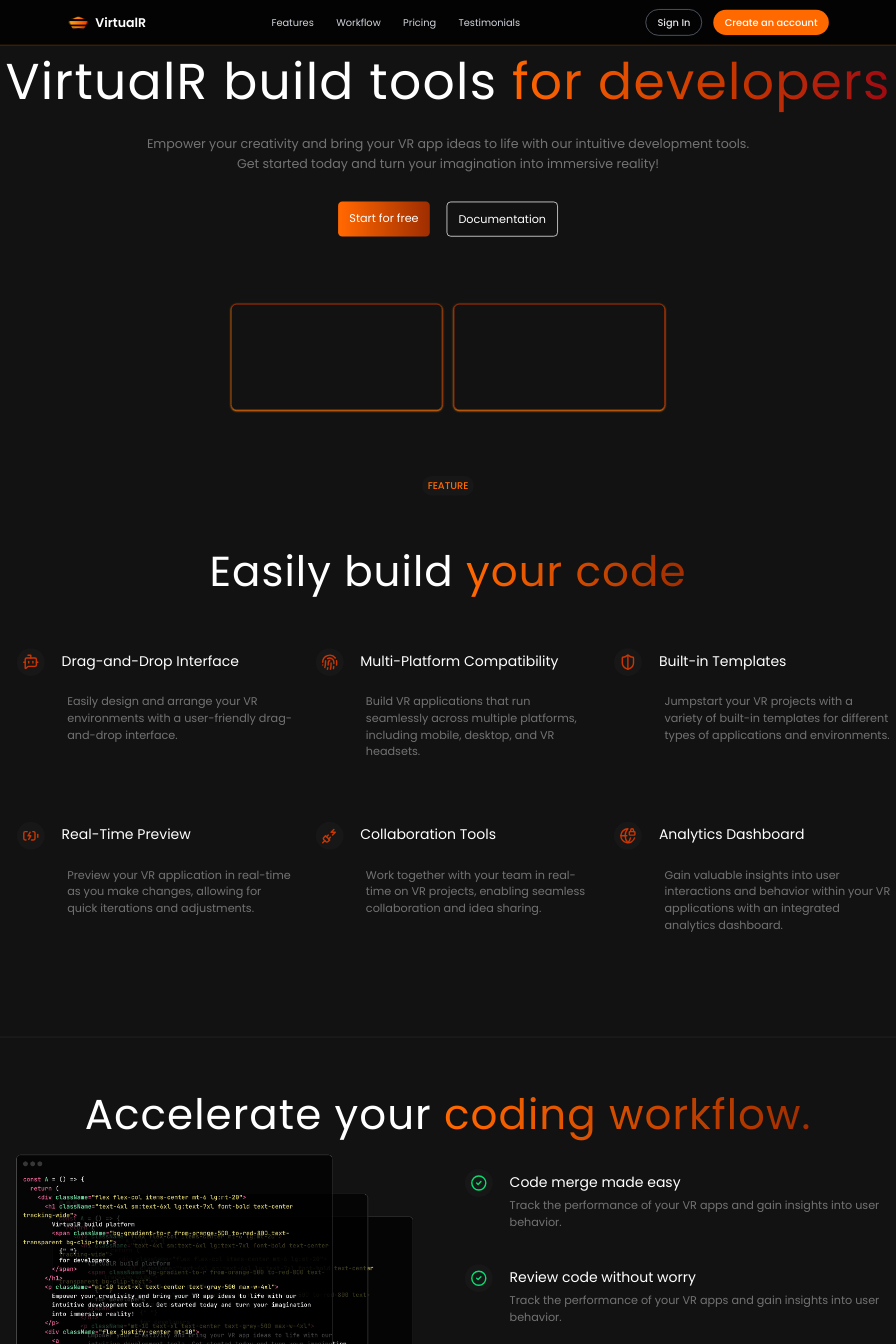
Repository: Khushichugh14/Virtualab
Page: /
These files come from the project's save history. The page is drawn as it stood at one moment and after the next save; the edit follows.
The browser window is 1280 px wide. The pictures show the part of the page from y = 0 to 1920 px (the page is 4181 px tall before and 4273 px after), at 70% of full size.
Pictures or frames that could not be fetched are drawn as grey boxes. The project was rebuilt for these pictures with package versions that can differ from the ones it lists, and the page was loaded fresh each time. Also part of the build but not shown: vite.config.js, src/pages/StartFree.jsx, src/pages/Documentation.jsx, src/pages/CreatAccount.jsx, src/pages/SignIn.jsx. Imported but missing from the stored project, and not drawn on this page: src/assets/video1.mp4, src/assets/video2.mp4.

Above is the page before, as saved 2025-12-10 12:53:10.

### index.html
<!doctype html>
<html lang="en">
  <head>
    <meta charset="UTF-8" />
    <link rel="icon" type="image/svg+xml" href="/vite.svg" />
    <meta name="viewport" content="width=device-width, initial-scale=1.0" />
    <title>virtular</title>
  </head>
  <body>
    <div id="root"></div>
    <script type="module" src="/src/main.jsx"></script>
  </body>
</html>

### src/main.jsx
import React from "react";
import ReactDOM from "react-dom/client";
import App from "./App";
import { BrowserRouter } from "react-router-dom";
import "./index.css";
import { Toaster } from "react-hot-toast";

ReactDOM.createRoot(document.getElementById("root")).render(
  <React.StrictMode>
    <BrowserRouter>
      <App />
       <Toaster position="top-right" />
    </BrowserRouter>
  </React.StrictMode>
);

### src/App.jsx
// App.jsx
import Navbar from "./components/Navbar";

import StartFree from "./pages/StartFree";
import Documentation from "./pages/Documentation";
import CreateAccount from "./pages/CreatAccount";
import SignIn from "./pages/SignIn";

import { Routes, Route } from "react-router-dom";
import HomePage from "./pages/HomePage";

const App = () => {
  return (
    <>
      <Navbar />

      <Routes>
        {/* Landing page */}
        <Route path="/" element={<HomePage />} />

        {/* Other pages */}
        <Route path="/start-free" element={<StartFree />} />
        <Route path="/documentation" element={<Documentation />} />
        <Route path="/create-account" element={<CreateAccount />} />
        <Route path="/signin" element={<SignIn />} />
      </Routes>
    </>
  );
};

export default App;

### src/index.css
@import url('https://fonts.googleapis.com/css2?family=Poppins:ital,wght@0,100;0,200;0,300;0,400;0,500;0,600;0,700;0,800;0,900;1,100;1,200;1,300;1,400;1,500;1,600;1,700;1,800;1,900&display=swap');

@import "tailwindcss";

:root {
  font-family: "Poppins", sans-serif;
  color-scheme: dark;
}

### src/pages/HomePage.jsx
import HeroSection from "../components/HeroSection";
import FeatureSection from "../components/FeatureSection";
import Workflow from "../components/Workflow";
import Pricing from "../components/Pricing";
import Testimonials from "../components/Testimonials";
import Footer from "../components/Footer";

const HomePage = () => {
  return (
    <div className="">
      <HeroSection />

      <section id="features">
        <FeatureSection />
      </section>

      <section id="workflow">
        <Workflow />
      </section>

      <section id="pricing">
        <Pricing />
      </section>

      <section id="testimonials">
        <Testimonials />
      </section>

      <Footer />
    </div>
  );
};

export default HomePage;

### src/constants/index.jsx

import { BotMessageSquare } from "lucide-react";
import { BatteryCharging } from "lucide-react";
import { Fingerprint } from "lucide-react";
import { ShieldHalf } from "lucide-react";
import { PlugZap } from "lucide-react";
import { GlobeLock } from "lucide-react";

import user1 from "../assets/profile-pictures/user1.jpg";
import user2 from "../assets/profile-pictures/user2.jpg";
import user3 from "../assets/profile-pictures/user3.jpg";
import user4 from "../assets/profile-pictures/user4.jpg";
import user5 from "../assets/profile-pictures/user5.jpg";
import user6 from "../assets/profile-pictures/user6.jpg";

export const navItems = [
  { label: "Features", path: "/#features" },
  { label: "Workflow", path: "/#workflow" },
  { label: "Pricing", path: "/#pricing" },
  { label: "Testimonials", path: "/#testimonials" },
];



export const testimonials = [
  {
    user: "John Doe",
    company: "Stellar Solutions",
    image: user1,
    text: "I am extremely satisfied with the services provided. The team was responsive, professional, and delivered results beyond my expectations.",
  },
  {
    user: "Jane Smith",
    company: "Blue Horizon Technologies",
    image: user2,
    text: "I couldn't be happier with the outcome of our project. The team's creativity and problem-solving skills were instrumental in bringing our vision to life",
  },
  {
    user: "David Johnson",
    company: "Quantum Innovations",
    image: user3,
    text: "Working with this company was a pleasure. Their attention to detail and commitment to excellence are commendable. I would highly recommend them to anyone looking for top-notch service.",
  },
  {
    user: "Ronee Brown",
    company: "Fusion Dynamics",
    image: user4,
    text: "Working with the team at XYZ Company was a game-changer for our project. Their attention to detail and innovative solutions helped us achieve our goals faster than we thought possible. We are grateful for their expertise and professionalism!",
  },
  {
    user: "Michael Wilson",
    company: "Visionary Creations",
    image: user5,
    text: "I am amazed by the level of professionalism and dedication shown by the team. They were able to exceed our expectations and deliver outstanding results.",
  },
  {
    user: "Emily Davis",
    company: "Synergy Systems",
    image: user6,
    text: "The team went above and beyond to ensure our project was a success. Their expertise and dedication are unmatched. I look forward to working with them again in the future.",
  },
];

export const features = [
  {
    icon: <BotMessageSquare />,
    text: "Drag-and-Drop Interface",
    description:
      "Easily design and arrange your VR environments with a user-friendly drag-and-drop interface.",
  },
  {
    icon: <Fingerprint />,
    text: "Multi-Platform Compatibility",
    description:
      "Build VR applications that run seamlessly across multiple platforms, including mobile, desktop, and VR headsets.",
  },
  {
    icon: <ShieldHalf />,
    text: "Built-in Templates",
    description:
      "Jumpstart your VR projects with a variety of built-in templates for different types of applications and environments.",
  },
  {
    icon: <BatteryCharging />,
    text: "Real-Time Preview",
    description:
      "Preview your VR application in real-time as you make changes, allowing for quick iterations and adjustments.",
  },
  {
    icon: <PlugZap />,
    text: "Collaboration Tools",
    description:
      "Work together with your team in real-time on VR projects, enabling seamless collaboration and idea sharing.",
  },
  {
    icon: <GlobeLock />,
    text: "Analytics Dashboard",
    description:
      "Gain valuable insights into user interactions and behavior within your VR applications with an integrated analytics dashboard.",
  },
];

export const checklistItems = [
  {
    title: "Code merge made easy",
    description:
      "Track the performance of your VR apps and gain insights into user behavior.",
  },
  {
    title: "Review code without worry",
    description:
      "Track the performance of your VR apps and gain insights into user behavior.",
  },
  {
    title: "AI Assistance to reduce time",
    description:
      "Track the performance of your VR apps and gain insights into user behavior.",
  },
  {
    title: "Share work in minutes",
    description:
      "Track the performance of your VR apps and gain insights into user behavior.",
  },
];

export const pricingOptions = [
  {
    title: "Free",
    price: "$0",
    features: [
      "Private board sharing",
      "5 Gb Storage",
      "Web Analytics",
      "Private Mode",
    ],
  },
  {
    title: "Pro",
    price: "$10",
    features: [
      "Private board sharing",
      "10 Gb Storage",
      "Web Analytics (Advance)",
      "Private Mode",
    ],
  },
  {
    title: "Enterprise",
    price: "$200",
    features: [
      "Private board sharing",
      "Unlimited Storage",
      "High Performance Network",
      "Private Mode",
    ],
  },
];

export const resourcesLinks = [
  { href: "#", text: "Getting Started" },
  { href: "#", text: "Documentation" },
  { href: "#", text: "Tutorials" },
  { href: "#", text: "API Reference" },
  { href: "#", text: "Community Forums" },
];

export const platformLinks = [
  { href: "#", text: "Features" },
  { href: "#", text: "Supported Devices" },
  { href: "#", text: "System Requirements" },
  { href: "#", text: "Downloads" },
  { href: "#", text: "Release Notes" },
];

export const communityLinks = [
  { href: "#", text: "Events" },
  { href: "#", text: "Meetups" },
  { href: "#", text: "Conferences" },
  { href: "#", text: "Hackathons" },
  { href: "#", text: "Jobs" },
];

### src/components/HeroSection.jsx
import { NavLink } from "react-router-dom";
import video1 from "../assets/video1.mp4";
import video2 from "../assets/video2.mp4";

const HeroSection = () => {
  return (
    <div className="flex flex-col items-center mt-6 lg:mt-20">
      <h1 className="text-4xl sm:text-6xl lg:text-7xl text-center tracking-wide">
        VirtualR build tools
        <span className="bg-gradient-to-r from-orange-500 to-red-800 text-transparent bg-clip-text">
          {" "}
          for developers
        </span>
      </h1>
      <p className="mt-10 text-lg text-center text-neutral-500 max-w-4xl">
        Empower your creativity and bring your VR app ideas to life with our
        intuitive development tools. Get started today and turn your imagination
        into immersive reality!
      </p>
      <div className="flex justify-center my-10">
        <NavLink
           to="/start-free"
          className="bg-gradient-to-r from-orange-500 to-orange-800 py-3 px-4 mx-3 rounded-md"
        >
          Start for free
        </NavLink>
        <NavLink  to="/documentation" className="py-3 px-4 mx-3 rounded-md border">
          Documentation
        </NavLink>
      </div>
      <div className="flex mt-10 justify-center">
        <video
          autoPlay
          loop
          muted
          className="rounded-lg w-1/2 border border-orange-700 shadow-sm shadow-orange-400 mx-2 my-4"
        >
          <source src={video1} type="video/mp4" />
          Your browser does not support the video tag.
        </video>
        <video
          autoPlay
          loop
          muted
          className="rounded-lg w-1/2 border border-orange-700 shadow-sm shadow-orange-400 mx-2 my-4"
        >
          <source src={video2} type="video/mp4" />
          Your browser does not support the video tag.
        </video>
      </div>
    </div>
  );
};

export default HeroSection;

### src/components/FeatureSection.jsx
import { features } from "../constants";

const FeatureSection = () => {
  return (
    <section id="featuresection" className="relative mt-20 border-b border-neutral-800 min-h-[800px]">
      <div className="text-center">
        <span className="bg-neutral-900 text-orange-500 rounded-full h-6 text-sm font-medium px-2 py-1 uppercase">
          Feature
        </span>
        <h2 className="text-3xl sm:text-5xl lg:text-6xl mt-10 lg:mt-20 tracking-wide">
          Easily build{" "}
          <span className="bg-gradient-to-r from-orange-500 to-orange-800 text-transparent bg-clip-text">
            your code
          </span>
        </h2>
      </div>
      <div className="flex flex-wrap mt-10 lg:mt-20">
        {features.map((feature, index) => (
          <div key={index} className="w-full sm:w-1/2 lg:w-1/3">
            <div className="flex">
              <div className="flex mx-6 h-10 w-10 p-2 bg-neutral-900 text-orange-700 justify-center items-center rounded-full">
                {feature.icon}
              </div>
              <div>
                <h5 className="mt-1 mb-6 text-xl">{feature.text}</h5>
                <p className="text-md p-2 mb-20 text-neutral-500">
                  {feature.description}
                </p>
              </div>
            </div>
          </div>
        ))}
      </div>
    </section>
  );
};

export default FeatureSection;

### src/components/Workflow.jsx
import { CheckCircle2 } from "lucide-react";
import codeImg from "../assets/code.jpg";
import { checklistItems } from "../constants";

const Workflow = () => {
  return (
    <section id="workflow" className="mt-20">
      <h2 className="text-3xl sm:text-5xl lg:text-6xl text-center mt-6 tracking-wide">
        Accelerate your{" "}
        <span className="bg-gradient-to-r from-orange-500 to-orange-800 text-transparent bg-clip-text">
          coding workflow.
        </span>
      </h2>
      <div className="flex flex-wrap justify-center">
        <div className="p-2 w-full lg:w-1/2">
          <img src={codeImg} alt="Coding" />
        </div>
        <div className="pt-12 w-full lg:w-1/2">
          {checklistItems.map((item, index) => (
            <div key={index} className="flex mb-12">
              <div className="text-green-400 mx-6 bg-neutral-900 h-10 w-10 p-2 justify-center items-center rounded-full">
                <CheckCircle2 />
              </div>
              <div>
                <h5 className="mt-1 mb-2 text-xl">{item.title}</h5>
                <p className="text-md text-neutral-500">{item.description}</p>
              </div>
            </div>
          ))}
        </div>
      </div>
    </section>
  );
};

export default Workflow;

### src/components/Pricing.jsx
import { CheckCircle2 } from "lucide-react";
import { pricingOptions } from "../constants";

const Pricing = () => {
  return (
    <section className="mt-20" id="pricing">
      <h2 className="text-3xl sm:text-5xl lg:text-6xl text-center my-8 tracking-wide">
        Pricing
      </h2>
      <div className="flex flex-wrap">
        {pricingOptions.map((option, index) => (
          <div key={index} className="w-full sm:w-1/2 lg:w-1/3 p-2">
            <div className="p-10 border border-neutral-700 rounded-xl">
              <p className="text-4xl mb-8">
                {option.title}
                {option.title === "Pro" && (
                  <span className="bg-gradient-to-r from-orange-500 to-red-400 text-transparent bg-clip-text text-xl mb-4 ml-2">
                    (Most Popular)
                  </span>
                )}
              </p>
              <p className="mb-8">
                <span className="text-5xl mt-6 mr-2">{option.price}</span>
                <span className="text-neutral-400 tracking-tight">/Month</span>
              </p>
              <ul>
                {option.features.map((feature, index) => (
                  <li key={index} className="mt-8 flex items-center">
                    <CheckCircle2 />
                    <span className="ml-2">{feature}</span>
                  </li>
                ))}
              </ul>
              <a
                href="#"
                className="inline-flex justify-center items-center text-center w-full h-12 p-5 mt-20 tracking-tight text-xl hover:bg-orange-900 border border-orange-900 rounded-lg transition duration-200"
              >
                Subscribe
              </a>
            </div>
          </div>
        ))}
      </div>
    </section>
  );
};

export default Pricing;

### src/components/Testimonials.jsx
import { testimonials } from "../constants";

const Testimonials = () => {
  return (
    <section className="mt-20 tracking-wide" id="testimonials">
      <h2 className="text-3xl sm:text-5xl lg:text-6xl text-center my-10 lg:my-20">
        What People are saying
      </h2>
      <div className="flex flex-wrap justify-center">
        {testimonials.map((testimonial, index) => (
          <div key={index} className="w-full sm:w-1/2 lg:w-1/3 px-4 py-2">
            <div className="bg-neutral-900 rounded-md p-6 text-md border border-neutral-800 font-thin">
              <p>{testimonial.text}</p>
              <div className="flex mt-8 items-start">
                <img
                  className="w-12 h-12 mr-6 rounded-full border border-neutral-300"
                  src={testimonial.image}
                  alt=""
                />
                <div>
                  <h6>{testimonial.user}</h6>
                  <span className="text-sm font-normal italic text-neutral-600">
                    {testimonial.company}
                  </span>
                </div>
              </div>
            </div>
          </div>
        ))}
      </div>
    </section>
  );
};

export default Testimonials;

### src/components/Footer.jsx
import { resourcesLinks, platformLinks, communityLinks } from "../constants";
const Footer = () => {
  return (
    <footer className="mt-20 border-t py-10 border-neutral-700">
      <div className="grid grid-cols-2 lg:grid-cols-3 gap-4">
        <div>
          <h3 className="text-md font-semibold mb-4">Resources</h3>
          <ul className="space-y-2">
            {resourcesLinks.map((link, index) => (
              <li key={index}>
                <a
                  href={link.href}
                  className="text-neutral-300 hover:text-white"
                >
                  {link.text}
                </a>
              </li>
            ))}
          </ul>
        </div>
        <div>
          <h3 className="text-md font-semibold mb-4">Platform</h3>
          <ul className="space-y-2">
            {platformLinks.map((link, index) => (
              <li key={index}>
                <a
                  href={link.href}
                  className="text-neutral-300 hover:text-white"
                >
                  {link.text}
                </a>
              </li>
            ))}
          </ul>
        </div>
        <div>
          <h3 className="text-md font-semibold mb-4">Community</h3>
          <ul className="space-y-2">
            {communityLinks.map((link, index) => (
              <li key={index}>
                <a
                  href={link.href}
                  className="text-neutral-300 hover:text-white"
                >
                  {link.text}
                </a>
              </li>
            ))}
          </ul>
        </div>
      </div>
    </footer>
  );
};

export default Footer;

Loaded but not shown: src/components/Navbar.jsx (166 lines, source omitted)

After the next save:
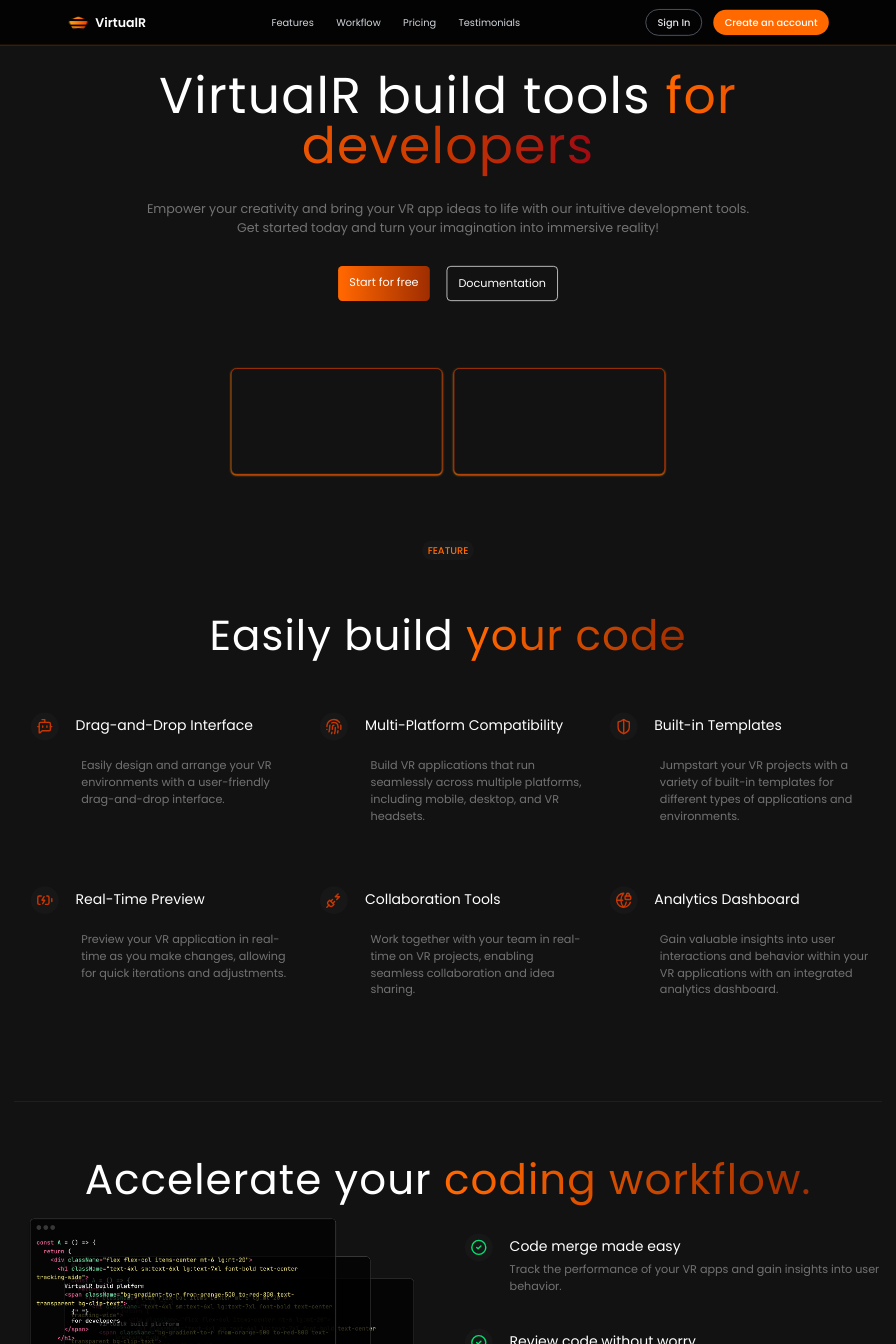
Saved 4 s later.
--- a/src/pages/HomePage.jsx
+++ b/src/pages/HomePage.jsx
@@ -7,7 +7,7 @@
 
 const HomePage = () => {
   return (
-    <div className="">
+    <div className="p-5">
       <HeroSection />
 
       <section id="features">
